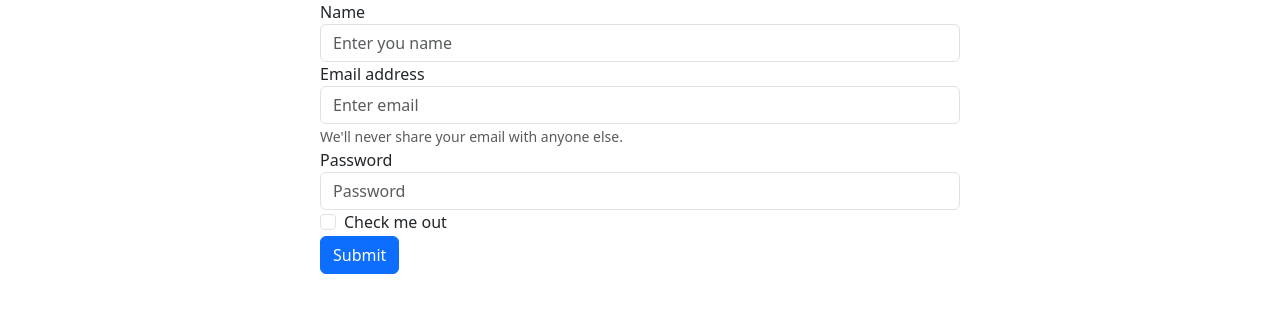
Repository: zipArk99/Vacancy-portal-serv
Page: http://localhost/VacancyPortal/
The author's editor kept a copy of each file at every save. The page is drawn from the files as they stood at one save, then again after the next save.
The browser window is 1280 px wide. The pictures show the whole page.
The page is served by Tomcat 9.

Above is the page before, as saved 2024-08-14 10:08:55.

After the next save:
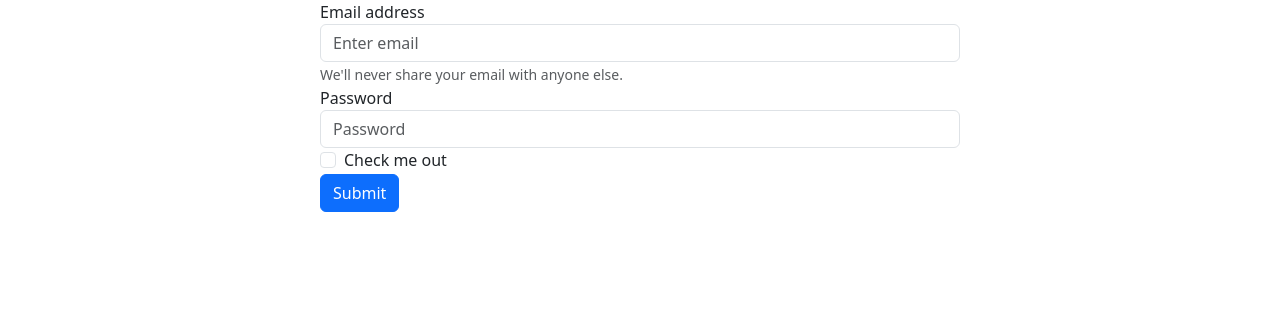
Saved 71 s later.
--- a/VacancyPortal/src/main/webapp/index.jsp
+++ b/VacancyPortal/src/main/webapp/index.jsp
@@ -13,11 +13,8 @@
 <body>
 <div style="width:50%; margin: auto;">
 <form action="#" method="POST">
+
   <div class="form-group">
-
-  	<label for= "name">Name</label>
-  	<input id="name" name="name" type="text" class="form-control"  placeholder="Enter you name">
-
     <label for="exampleInputEmail1">Email address</label>
     <input type="email" name="email" class="form-control" id="exampleInputEmail1" aria-describedby="emailHelp" placeholder="Enter email">
     <small id="emailHelp" class="form-text text-muted">We'll never share your email with anyone else.</small>
